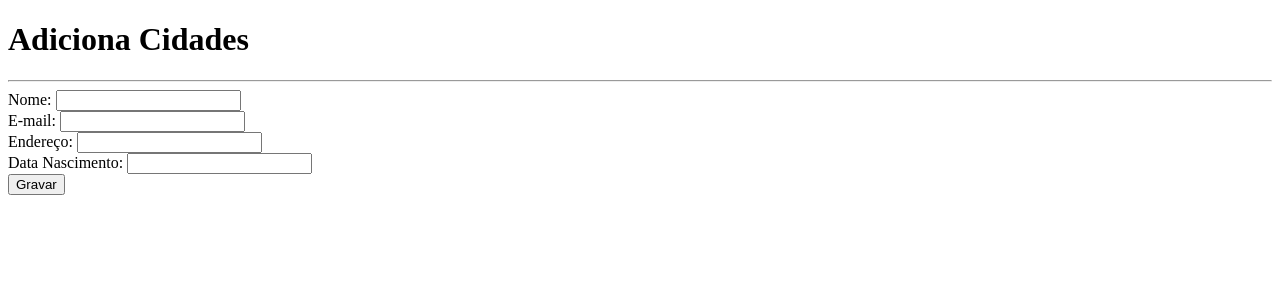
Repository: Maureci/forecast_workspace_project_fonts
Page: Forecast/WebContent/adiciona-cidade.html
An editor plug-in stored every save of this project. The page is shown before and after the next save, followed by the edit.
The browser window is 1280 px wide. The pictures show the whole page.

Above is the page before, as saved 2017-04-01 23:17:30.

### Forecast/WebContent/adiciona-cidade.html
<!DOCTYPE html>
<html>
<head>
<meta charset="ISO-8859-1">
<title>Forecast Cities</title>
</head>
<body>
	<body>
    <h1>Adiciona Cidades</h1>
    <hr />
    <form action="adicionaCidade">
      Nome: <input type="text" name="nome" /><br />
      E-mail: <input type="text" name="email" /><br />
      Endereço: <input type="text" name="endereco" /><br />
      Data Nascimento:
        <input type="text" name="dataNascimento" /><br />

      <input type="submit" value="Gravar" />
    </form>
  </body>
</body>
</html>

After the next save:
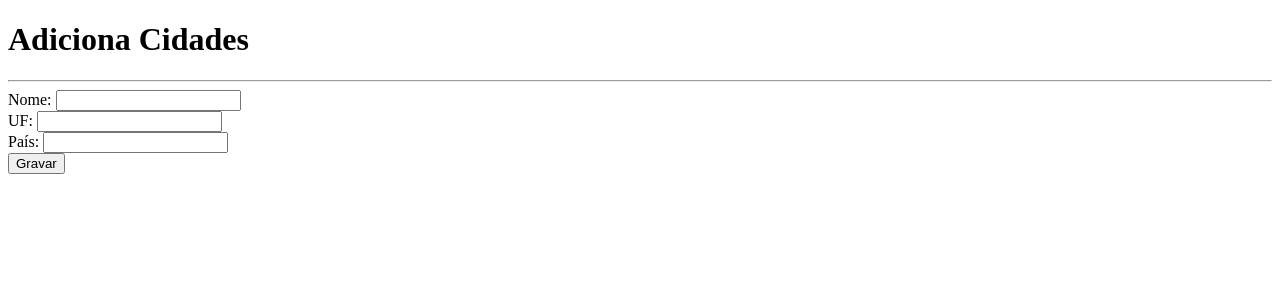
Saved 39 s later.
--- a/Forecast/WebContent/adiciona-cidade.html
+++ b/Forecast/WebContent/adiciona-cidade.html
@@ -10,10 +10,8 @@
     <hr />
     <form action="adicionaCidade">
       Nome: <input type="text" name="nome" /><br />
-      E-mail: <input type="text" name="email" /><br />
-      Endereço: <input type="text" name="endereco" /><br />
-      Data Nascimento:
-        <input type="text" name="dataNascimento" /><br />
+      UF: <input type="text" name="uf" /><br />
+      País: <input type="text" name="pais" /><br />
 
       <input type="submit" value="Gravar" />
     </form>
